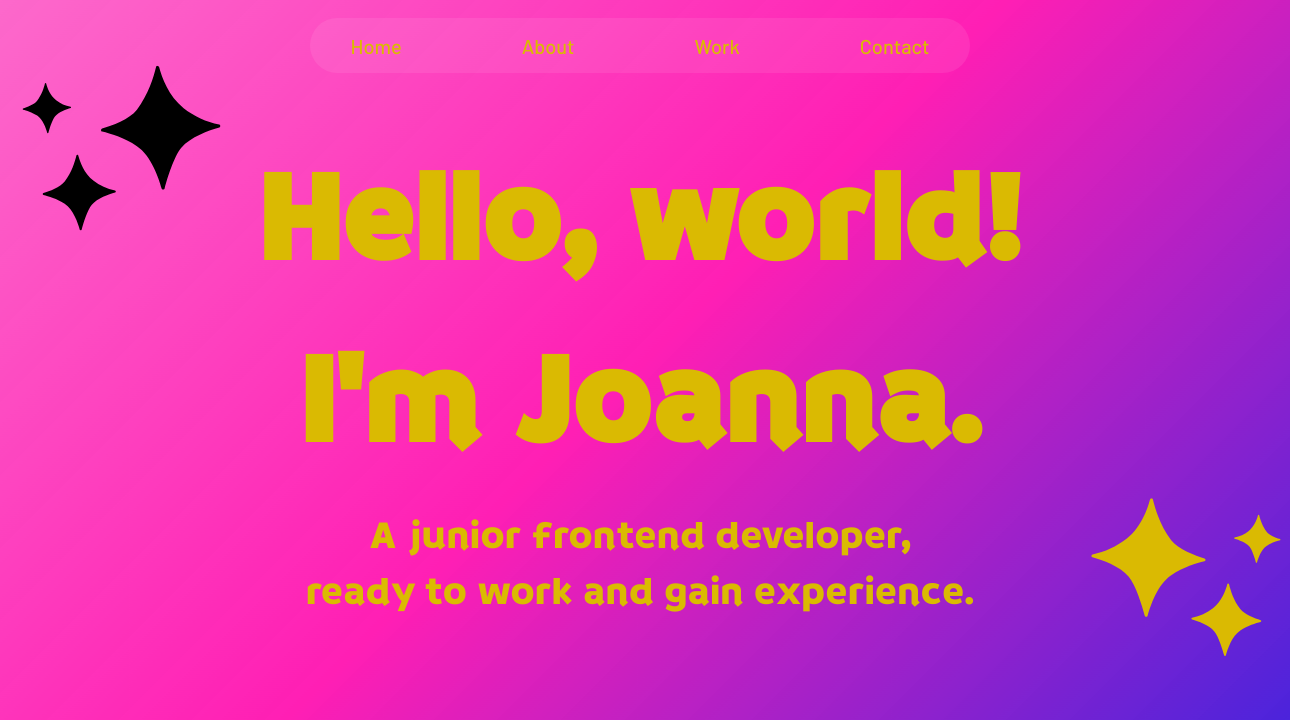
Repository: JJonka/portfolio_site
Page: /
An editor plug-in stored every save of this project. The page is shown before and after the next save, followed by the edit.
The browser window is 1280 px wide. The page is 1290 px wide, so the pictures cover 1290 px, including what lies to the right of the window. The pictures show the whole page.
The project was rebuilt for these pictures with package versions that can differ from the ones it lists, and the page was loaded fresh each time. Also part of the build but not shown: vite.config.ts, src/components/EndOfSection.module.scss, src/components/EndOfSection.tsx, src/pages/About.tsx, src/components/LogoIcon.module.scss, src/components/LogoIcon.tsx, src/pages/Contact.tsx, src/pages/Work.module.scss and 1 more.

Above is the page before, as saved 2023-10-08 12:44:35.

After the next save:
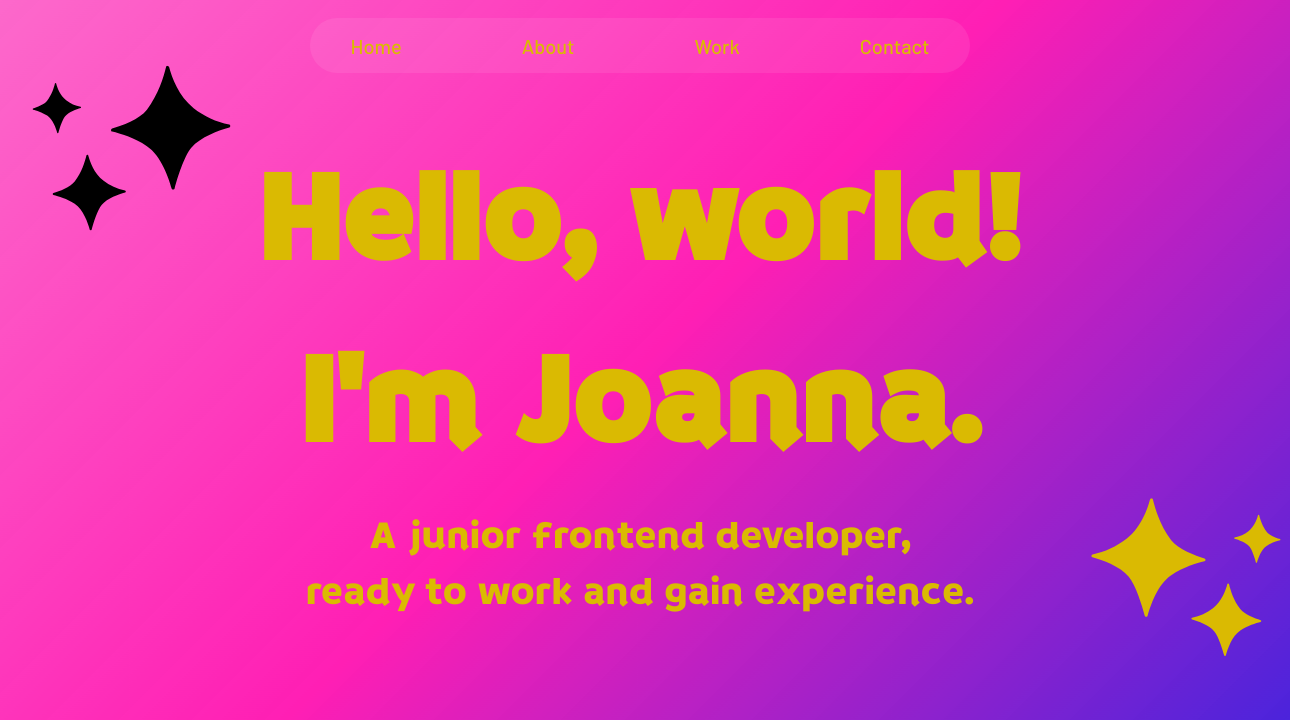
Saved 4 s later.
--- a/src/pages/HomePage.module.scss
+++ b/src/pages/HomePage.module.scss
@@ -23,7 +23,7 @@
 .imgTop {
     position: absolute;
     top: 40px;
-    left: 30px;
+    left: 40px;
     max-width: 30%;
     max-height: 30%;
 }
